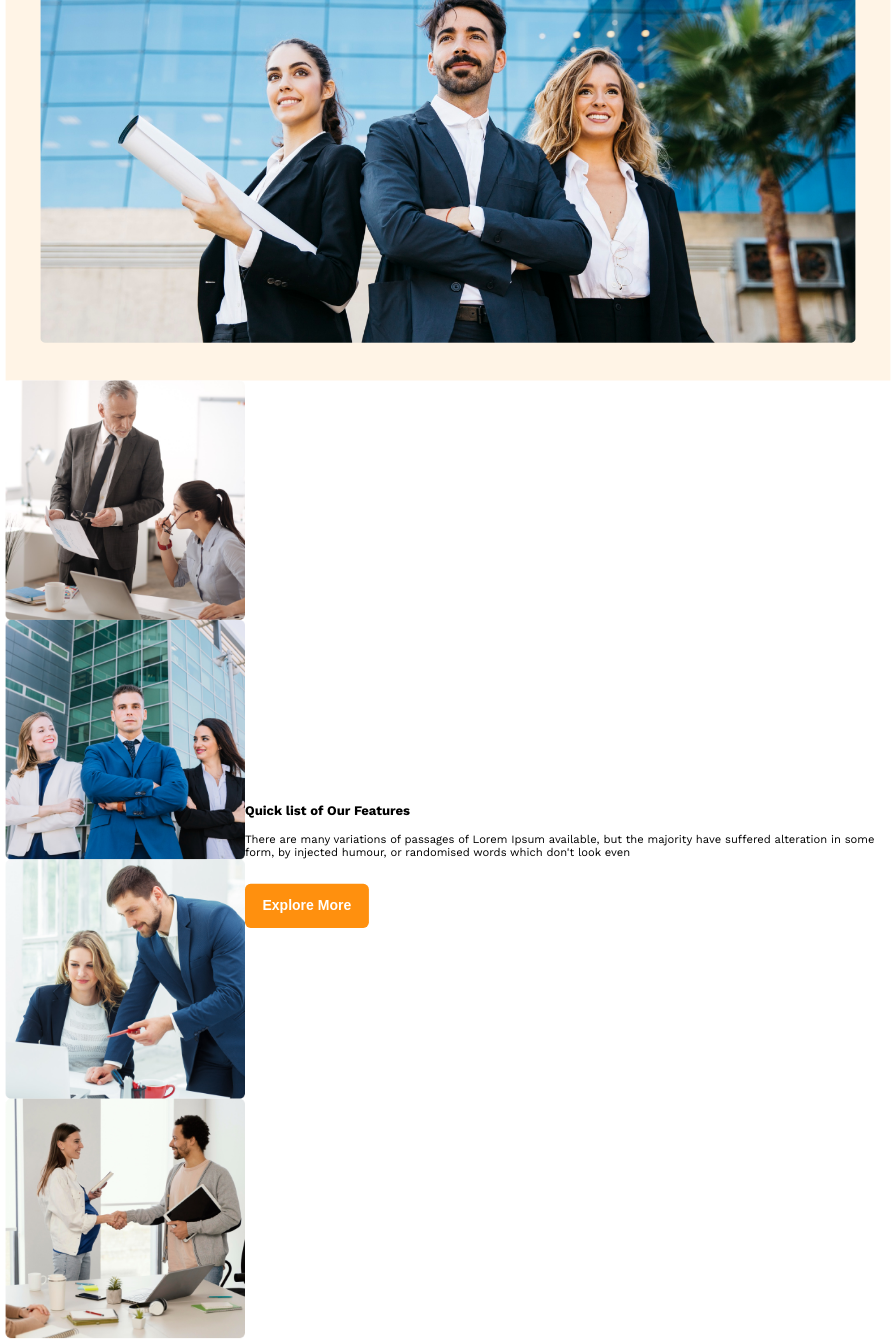
Repository: dollyrakhe22/g3-architects-website
Page: index.html
These files come from the project's save history. The page is drawn as it stood at one moment and after the next save; the edit follows.
The browser window is 1280 px wide. The pictures show the part of the page from y = 671 to 2591 px (the page is 2591 px tall before and 1931 px after), at 70% of full size.

Above is the page before, as saved 2025-07-20 20:47:29.

### index.html
<!DOCTYPE html>
<html lang="en">
<head>
    <meta charset="UTF-8">
    <meta name="viewport" content="width=device-width, initial-scale=1.0">
    <title>Architects Website</title>
    <link rel="stylesheet" href="style.css">
</head>
<body class="work-sans-font">
   <header>
     <header class="bg-light">
           <nav class="navbar  display-flex">
             <h3 class="brand">G3 Architects</h3>
             <ul class="nav-links display-flex">
              <li class="nav-item"><a href="" class="nav-link text-gray ">Home</a></li>
              <li class="nav-item"><a href="" class="nav-link text-gray ">About</a></li>
              <li class="nav-item"><a href="" class="nav-link text-gray ">Contact Us</a></li>
              <li class="nav-item"><a href="" class="nav-link text-gray ">Login</a></li>
             </ul>
           </nav>
           <div class="banner">
          <div class="banner-content">
              <h1 class="banner-title">Brand New Group of Architects </h1>
              <p class="banner-description">There are many variations of passages of Lorem Ipsum available, but the majority have suffered alteration in some form, by injected humour,
              or randomised words which don't look even</p>
            <button class="btn-primary">Explore More</button>
          </div>
            <img class="banner-img" src="images/banner.png" alt="" srcset="">
           </div>
    </header>

   <main>
    <section class="teams display-flex">
      <div class="team-img-container">
      <img src="images/team1.png" alt="" srcset="">
      <img src="images/team2.png" alt="" srcset="">
      <img src="images/team3.png" alt="" srcset="">
      <img src="images/team4.png" alt="" srcset="">
      </div>
      <div class="our-features">
          <h3 class="feature-title">Quick list of Our Features</h3>
           <p class="feature-description">There are many variations of passages of Lorem Ipsum available, but the majority have suffered alteration in some form, by injected humour,
             or randomised words which don't look even</p>
             <button class="btn-primary">Explore More</button>
      </div>
    </section>

   </main>
    <footer>

    </footer>
</body>
</html>

### style.css
@import url('https://fonts.googleapis.com/css2?family=Work+Sans:ital,wght@0,100..900;1,100..900&display=swap');

.work-sans-font {
  font-family: "Work Sans", sans-serif;
  font-optical-sizing: auto;
  font-weight: 400px;
  font-style: normal;
}
/*shared styles*/
.display-flex{
  display: flex;
}
/*dark 02*/
.text-gray{
  color: #424242;
}
/*dark 03*/
.text-light-gray{
  color:#727272;
}
.navbar{
  justify-content: space-between;
  align-items: center;
}
.bg-light{
  background-color: rgba(255, 144, 14, 0.1);
}
.brand{
  font-weight: 700;
  font-size: 3rem;
}
/*header styles*/
/*main*/
main{
  max-width: 1440px;
  margin: 0 auto;
}

/*navbar related styles*/
.navbar{
  display: flex;
}
.nav-item{
  list-style: none;
  margin-right: 30px;
}
.nav-link{
  text-decoration: none;
  font-size: 500;
}
.navbar,.banner {
  max-width: 1200px;
  margin: 0 auto;

}


/*banner related styles*/
.banner-content{
  max-width: 800px;
  margin: 0 auto;
  text-align: center;
  margin-bottom: 20px;

}
.banner{
  padding: 50px;

}
.banner-img{
  width: 100%;
}
.banner-title{
  font-weight: 700;
  font-size: 4rem;
}
.banner-description{
  font-size: 13px;


}
.btn-primary{
  background-color: #FF900E;
  color: white;
  padding: 20px 25px;
  font-size: 1.25rem;
  font-weight: 600;
  border:none;
  border-radius: 8px;
  margin-top: 20px;
  margin-top: 20px;

}
/*team work and features style*/
.teams{
  align-items: center;
}
.team-img-container{
   display: grid;
  grid-template-columns: repeat (2,1fr);
}




/*responsive media query*/
@media screen and (max-width: 576px){
  .navbar, .nav-link{
    flex-direction: column;
  }


}

After the next save:
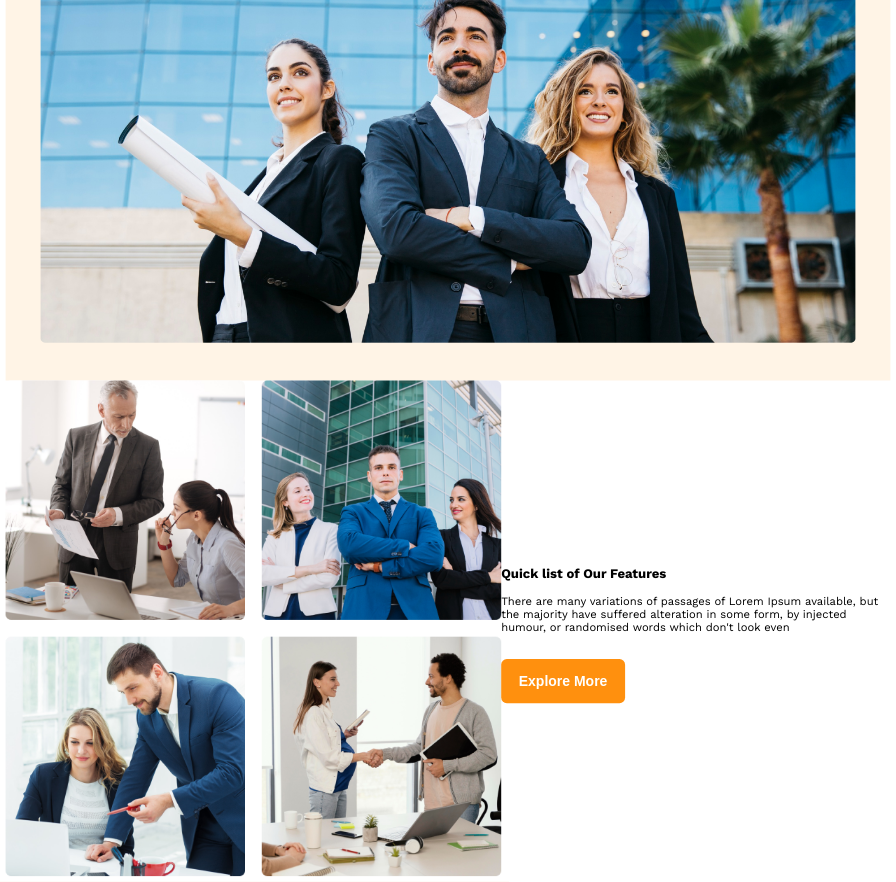
Saved 80 s later.
--- a/style.css
+++ b/style.css
@@ -97,7 +97,8 @@ main{
 }
 .team-img-container{
    display: grid;
-  grid-template-columns: repeat (2,1fr);
+  grid-template-columns: repeat(2, 1fr);
+  gap: 24px;
 }
 
 
